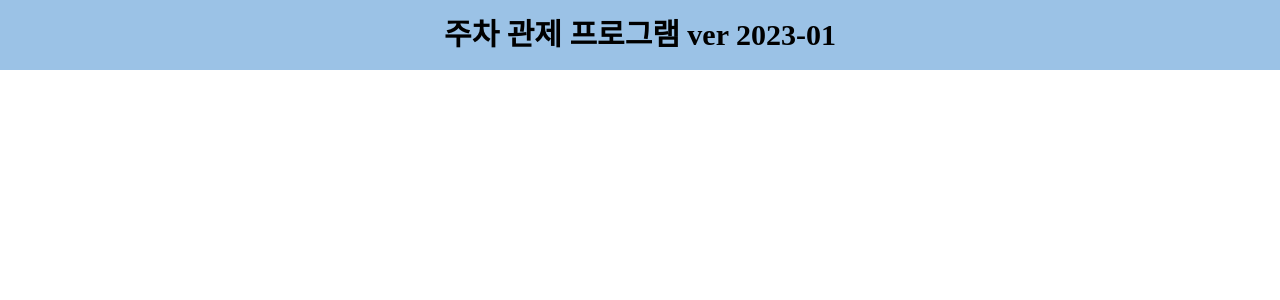
Repository: pcshoya/hrdkorea
Page: http://localhost/parking/header.jsp
These files come from the project's save history. The page is drawn as it stood at one moment and after the next save; the edit follows.
The browser window is 1280 px wide. The pictures show the whole page.
The page is served by Tomcat 9.

Above is the page before, as saved 2025-03-24 02:26:51.

### parking/src/main/webapp/header.jsp
<%@ page language="java" contentType="text/html; charset=UTF-8"
    pageEncoding="UTF-8"%>
<!DOCTYPE html>
<html>
<head>
<meta charset="UTF-8">
<title>Insert title here</title>
</head>
<body>
<header style="position:fixed;top:0px;left:0px;width:100%;height:70px;line-height:70px;text-align:center;background-color:#9BC2E6;font-size:30px"><b>주차 관제 프로그램 ver 2023-01</b>
</header>
<nav style="position:fixed;top:70px;left:0px;width:100%;height:30px;line-height:30;padding-left:20px">
</nav>
</body>
</html>

After the next save:
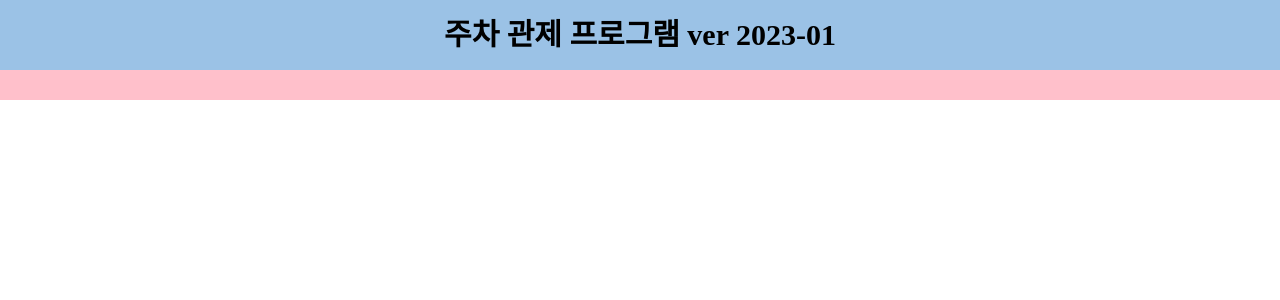
Saved 17 s later.
--- a/parking/src/main/webapp/header.jsp
+++ b/parking/src/main/webapp/header.jsp
@@ -9,7 +9,8 @@
 <body>
 <header style="position:fixed;top:0px;left:0px;width:100%;height:70px;line-height:70px;text-align:center;background-color:#9BC2E6;font-size:30px"><b>주차 관제 프로그램 ver 2023-01</b>
 </header>
-<nav style="position:fixed;top:70px;left:0px;width:100%;height:30px;line-height:30;padding-left:20px">
+<nav style="position:fixed;top:70px;left:0px;width:100%;height:30px;line-height:30;background-color:pink;padding-left:20px">
+
 </nav>
 </body>
 </html>
